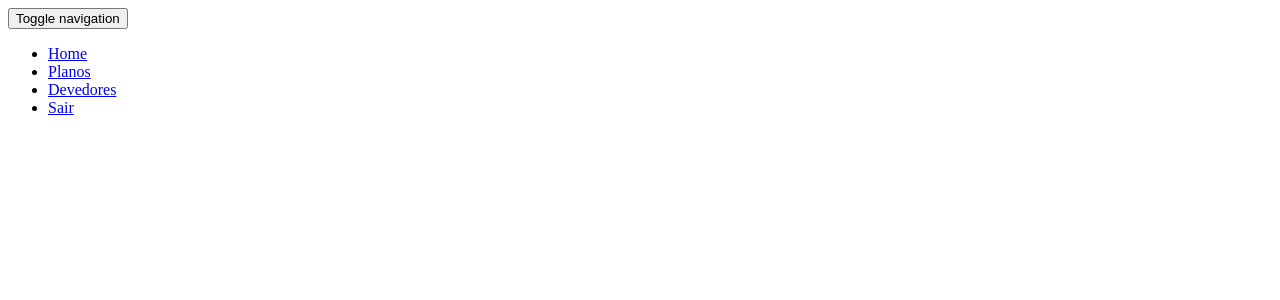
Repository: icaroplive/dashboard_carteira_acoes
Page: views/sidebar.html
These files come from the project's save history. The page is drawn as it stood at one moment and after the next save; the edit follows.
The browser window is 1280 px wide. The pictures show the whole page.

Above is the page before, as saved 2020-04-17 12:10:06.

After the next save:
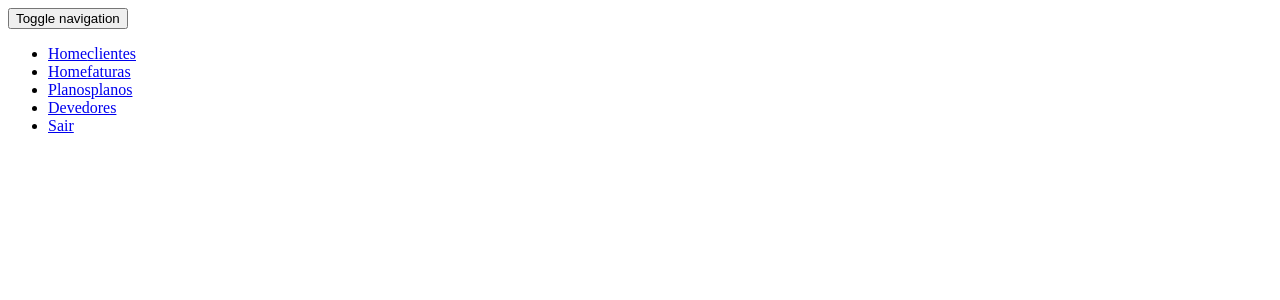
Saved 6 days later.
--- a/views/sidebar.html
+++ b/views/sidebar.html
@@ -11,9 +11,10 @@
     </div>
     <div class="collapse navbar-collapse" id="bs-sidebar-navbar-collapse-1">
       <ul class="nav navbar-nav">
-        <li ng-class="{active : location.path() =='/faturas'}""><a href="#/faturas">Home<span style="font-size:16px;" class="pull-left hidden-xs showopacity glyphicon glyphicon-home"></span></a></li>
+        <li ng-class="{active : location.path() =='/clientes'}""><a href="#/clientes">Home<span style="font-size:16px;" class="pull-left hidden-xs showopacity glyphicon glyphicon-home"></span>clientes</a></li>
+        <li ng-class="{active : location.path() =='/faturas'}""><a href="#/faturas">Home<span style="font-size:16px;" class="pull-left hidden-xs showopacity glyphicon glyphicon-home"></span>faturas</a></li>
 
-		 <li ng-class="{active : location.path() =='/planos'}""><a href="#/planos">Planos<span style="font-size:16px;" class="pull-left hidden-xs showopacity glyphicon glyphicon-home"></span></a></li>
+		 <li ng-class="{active : location.path() =='/planos'}""><a href="#/planos">Planos<span style="font-size:16px;" class="pull-left hidden-xs showopacity glyphicon glyphicon-home"></span>planos</a></li>
 		  <li ng-class="{active : location.path() =='/devedores'}""><a href="#/devedores">Devedores<span style="font-size:16px;" class="pull-left hidden-xs showopacity glyphicon glyphicon-home"></span></a></li>
 
 		<li>
